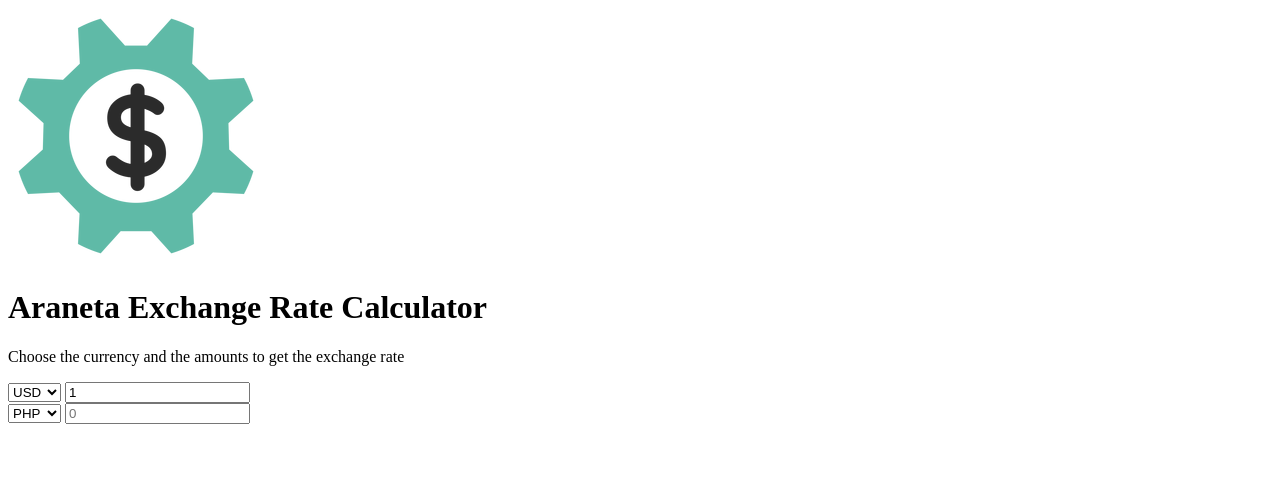
Repository: kenneth1175/ExchangeRateCalculator
Page: index.html
An editor plug-in stored every save of this project. The page is shown before and after the next save, followed by the edit.
The browser window is 1280 px wide. The pictures show the whole page.

Above is the page before, as saved 2025-10-03 19:08:23.

After the next save:
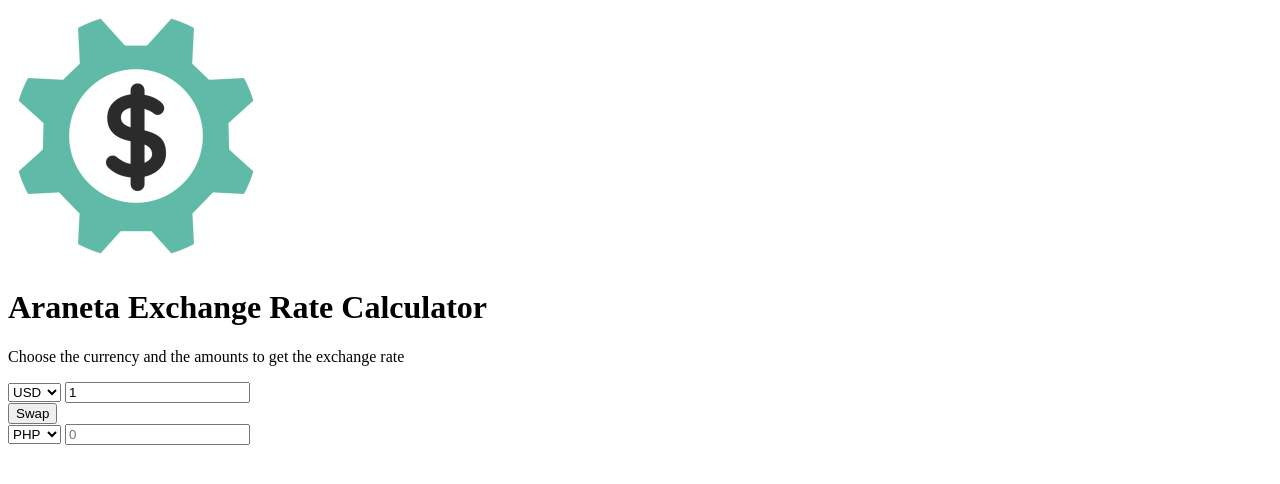
Saved 51 s later.
--- a/index.html
+++ b/index.html
@@ -70,7 +70,9 @@
         <input type="number" id="amount-one" placeholder="0" value="1" />
       </div>
 
-      <div class="swap-rate-container"></div>
+      <div class="swap-rate-container">
+        <button class="btn" id="rate">Swap</button>
+      </div>
 
       <div class="currency">
         <select id="currency-two">
